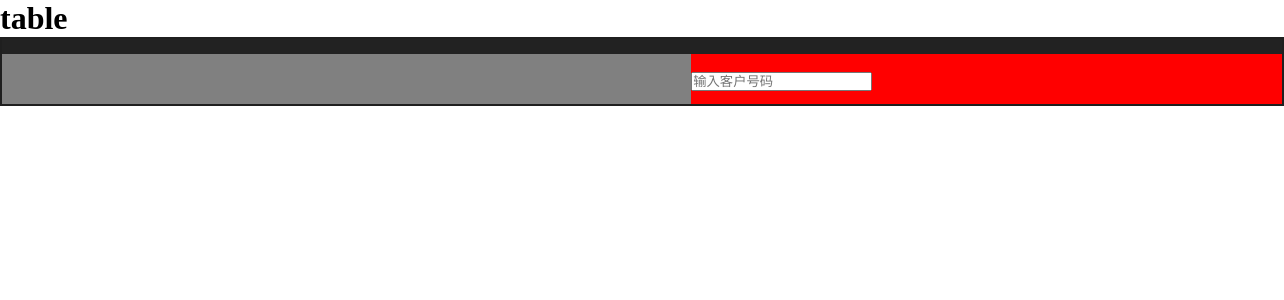
Repository: wangxinjun08231116/Html5Views
Page: WangXinJun/WebContent/table.html
The author's editor kept a copy of each file at every save. The page is drawn from the files as they stood at one save, then again after the next save.
The browser window is 1280 px wide. The page is 1284 px wide, so the pictures cover 1284 px, including what lies to the right of the window. The pictures show the whole page.

Above is the page before, as saved 2015-01-30 03:25:53.

After the next save:
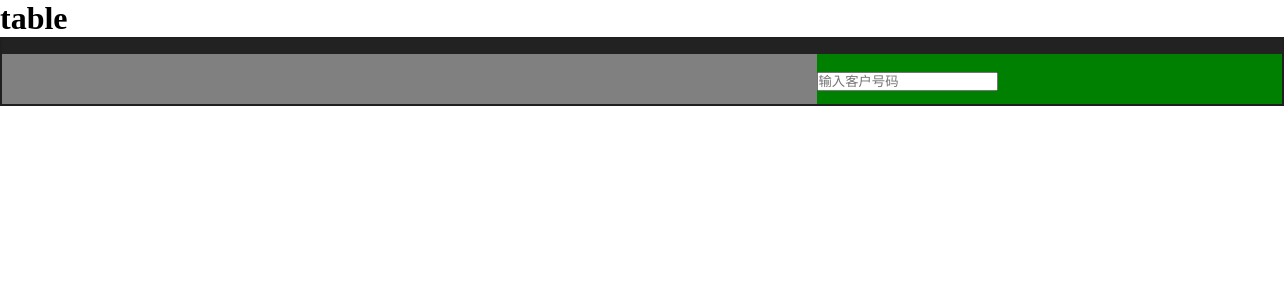
Saved 62 s later.
--- a/WangXinJun/WebContent/table.html
+++ b/WangXinJun/WebContent/table.html
@@ -13,7 +13,7 @@
 		<tbody>
 		<tr style="height: 50px;">
 		<td style="vertical-align: middle; width: 35%;background-color: gray;">
-		<td style="vertical-align: middle; width: 30%;" colspan="2">
+		<td style="vertical-align: middle; width: 20%;background-color: green;" colspan="2">
 			<input id="phone_num" type="text" placeholder="输入客户号码" style="margin-top: 5px;">
 		</td>
 		</tr>
